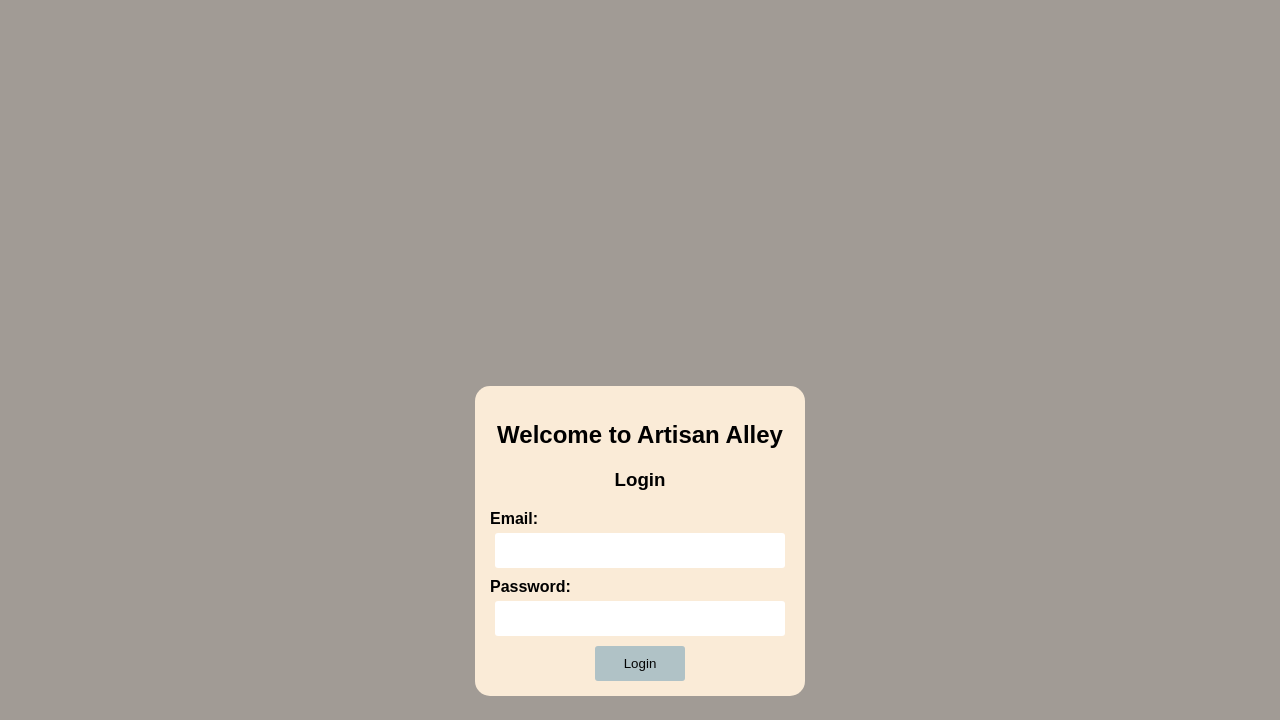
Repository: RingkhangBTY/Bytehacks_Hackathon_Project
Page: login/login.html
The author's editor kept a copy of each file at every save. The page is drawn from the files as they stood at one save, then again after a run of saves.
The browser window is 1280 px wide. The pictures show the whole page.

Above is the page before, as saved 2024-11-27 10:12:24.

After the next 3 saves:
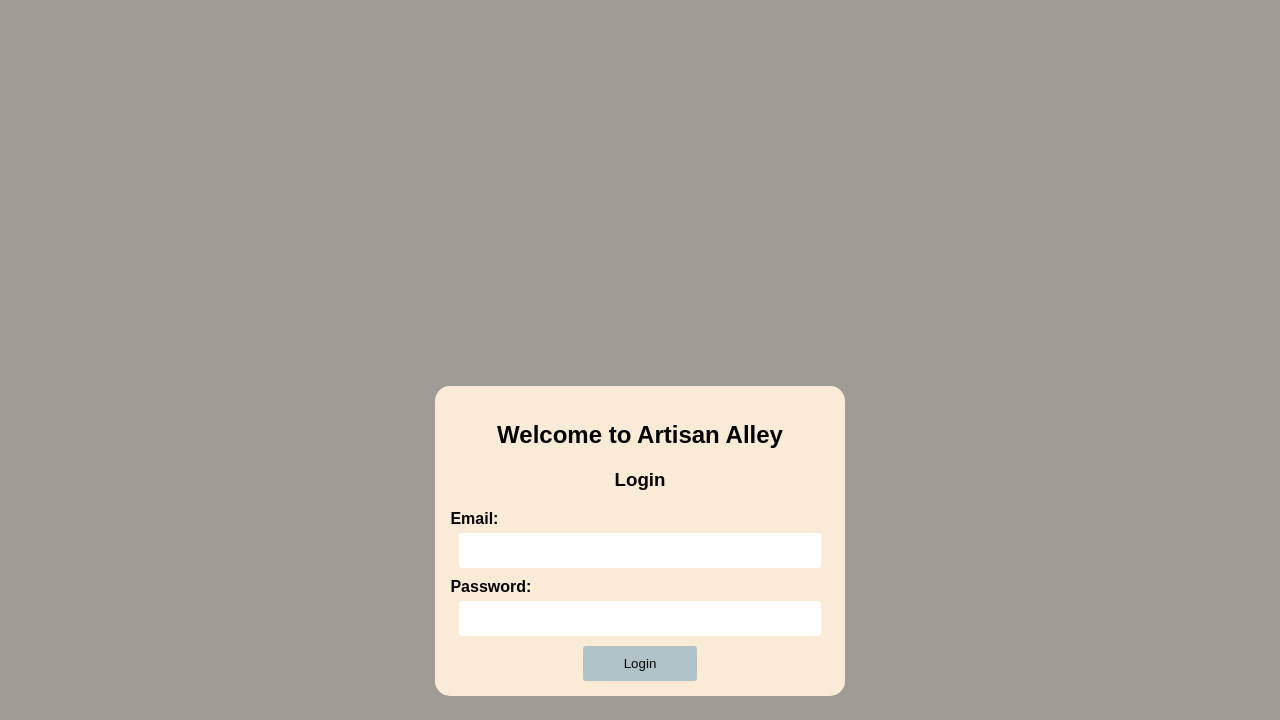
The 3 saves are shown as one change because they came seconds apart.
The last was saved 16 s later.
--- a/login/login-style.css
+++ b/login/login-style.css
@@ -11,7 +11,7 @@ body{
     background-color: antiquewhite;
     border-radius: 15px;
     padding: 15px;
-    width: 300px;
+    width: 30%;
     text-align: center;
     margin-top: 25%;
     mrag
